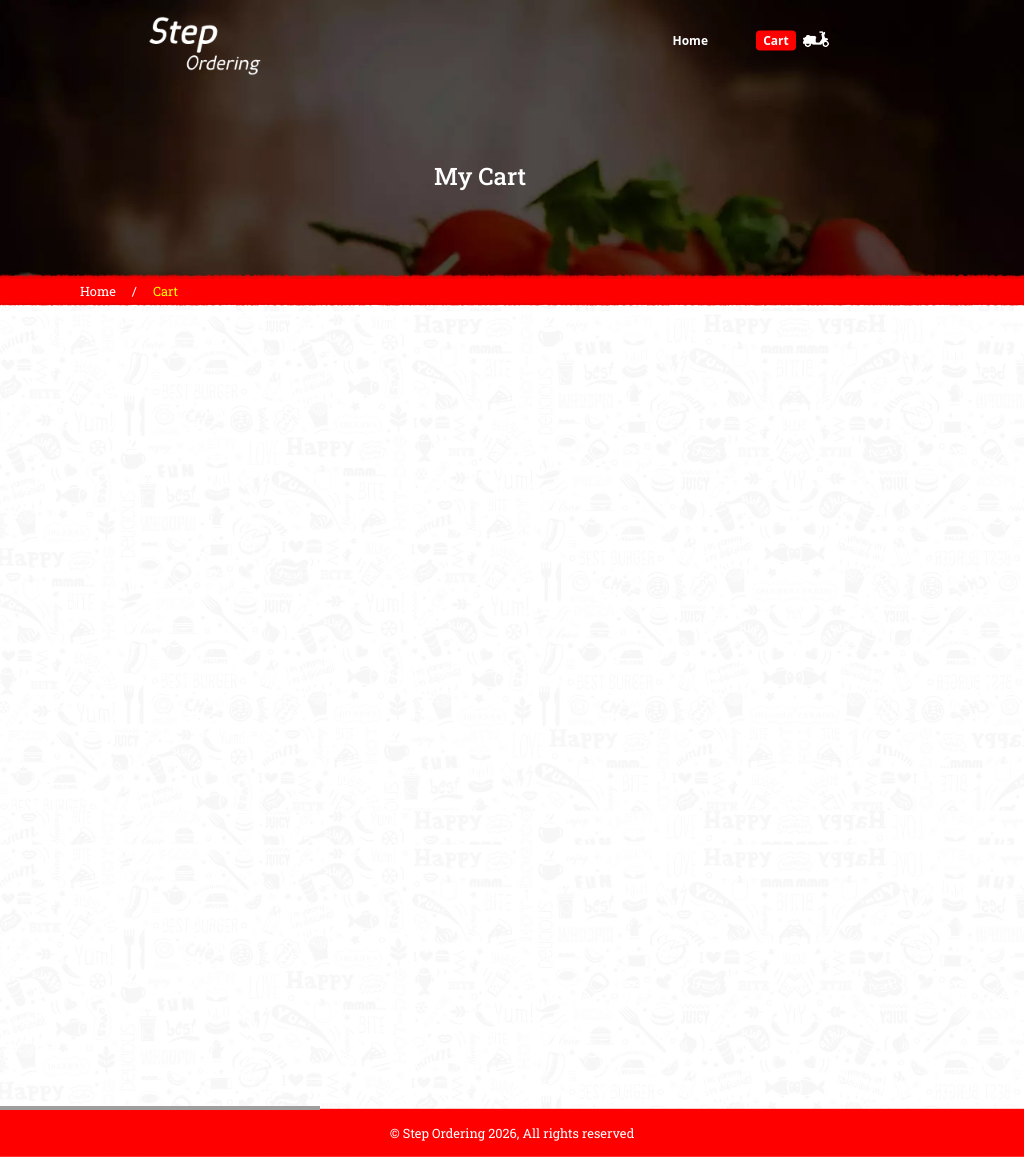
Repository: anastasia29-step/OnlineRestaurant
Page: Cart.html
An editor plug-in stored every save of this project. The page is shown before and after the next save, followed by the edit.
The browser window is 1280 px wide. The pictures show the whole page, at 80% of full size.
Pictures or frames that could not be fetched are drawn as grey boxes. Some web libraries are served in a nearby version.

Above is the page before, as saved 2026-03-11 20:58:33.

After the next save:
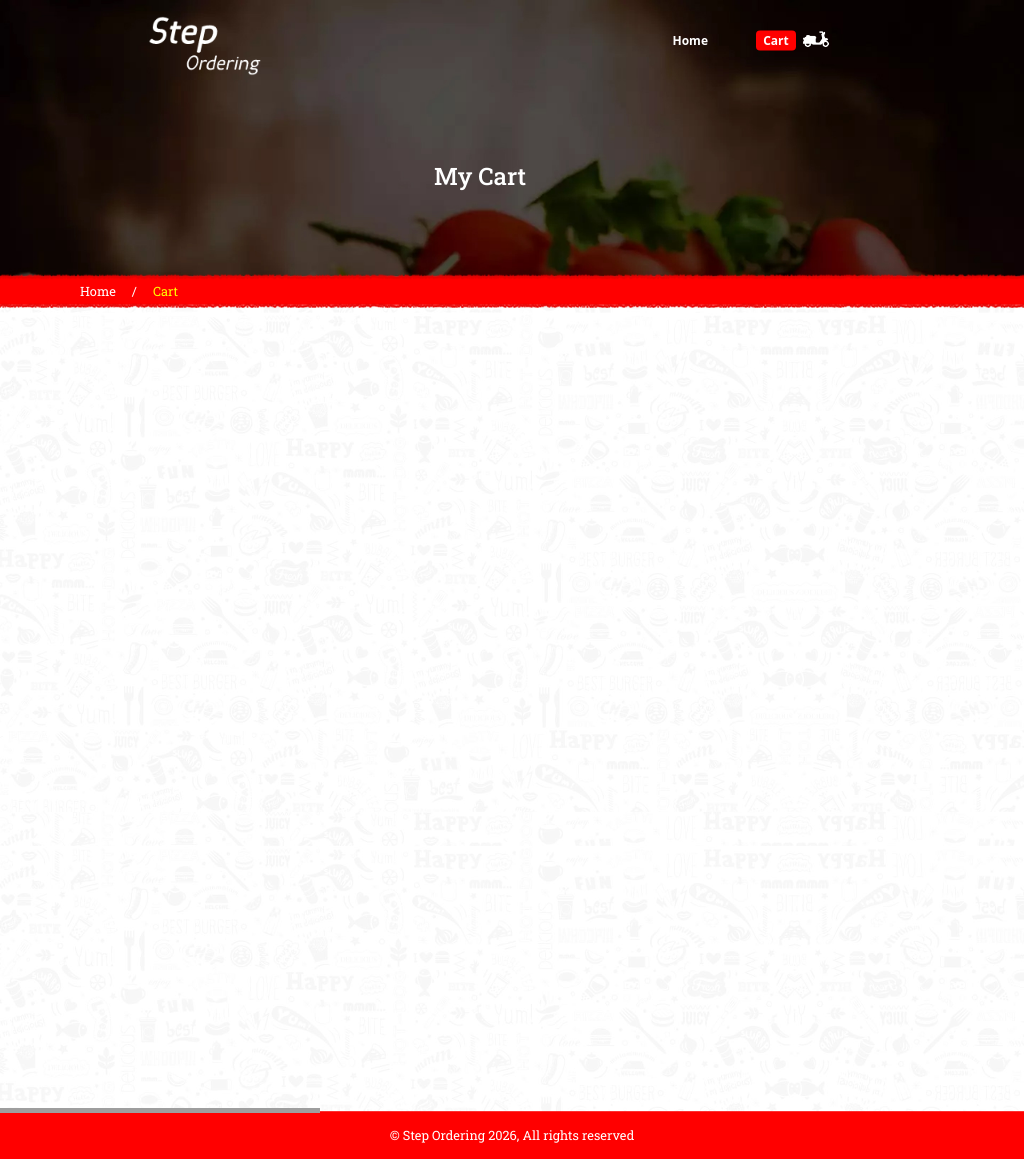
Saved 8 s later.
--- a/cart.css
+++ b/cart.css
@@ -49,5 +49,7 @@
 
 .secondimg img {
     width: 100%;
+    height: 7px;
+
     margin-bottom: 1000px;
 }
